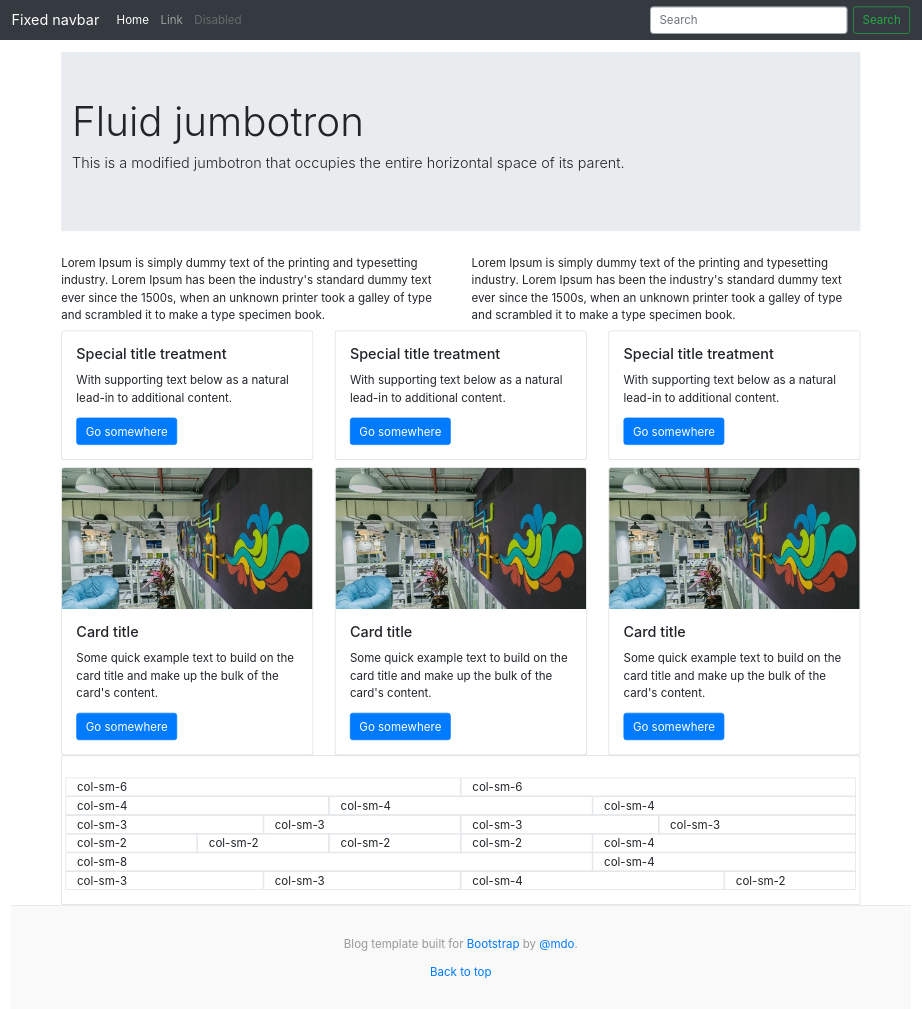
Repository: Green-Technologies-Angular/HTML
Page: index.html
The author's editor kept a copy of each file at every save. The page is drawn from the files as they stood at one save, then again after the next save.
The browser window is 1280 px wide. The pictures show the whole page, at 72% of full size.

Above is the page before, as saved 2019-02-09 12:05:16.

After the next save:
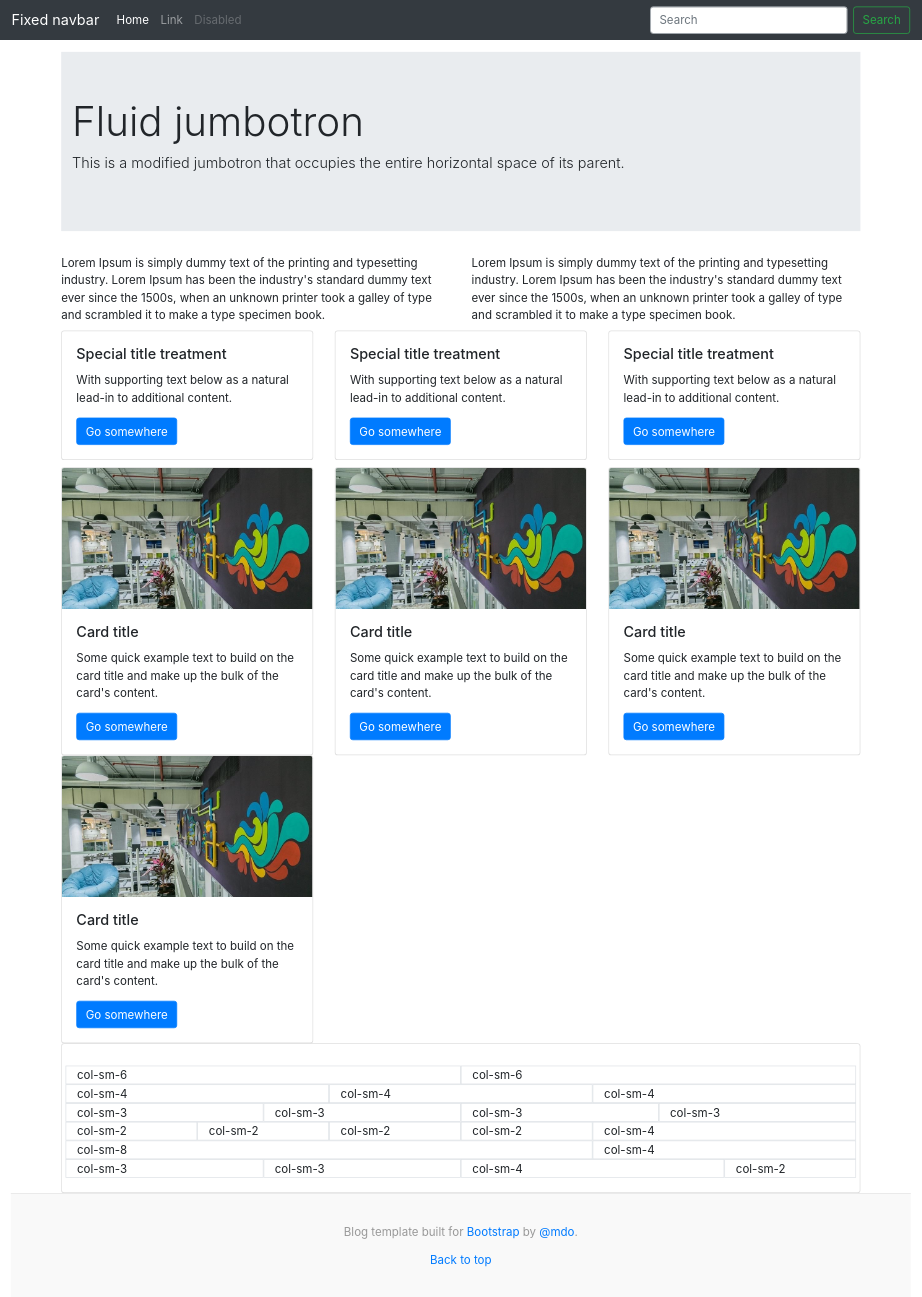
Saved 7 min 17 s later.
--- a/index.html
+++ b/index.html
@@ -147,6 +147,21 @@
                         </div>
                     </div>
                 </div>
+                <div class="col-sm-4">
+                    <div class="card">
+                        <div class="card-body p-0">
+                            <img src="images/Download.jpg" class="card-img-top" alt="...">
+                            <div class="card-body">
+                                <h5 class="card-title">Card title</h5>
+                                <p class="card-text">Some quick example text to build on the card title and make up the
+                                    bulk of
+                                    the
+                                    card's content.</p>
+                                <a href="#" class="btn btn-primary">Go somewhere</a>
+                            </div>
+                        </div>
+                    </div>
+                </div>
             </div>
 
 
